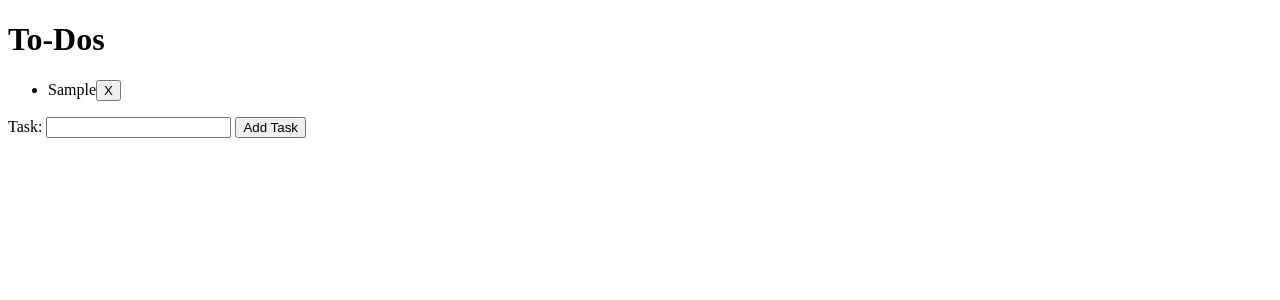
Repository: ThisOldKid/To-Do_Exercise
Page: index.html
An editor plug-in stored every save of this project. The page is shown before and after the next save, followed by the edit.
The browser window is 1280 px wide. The pictures show the whole page.
Empty fields were first filled with sample values (such as "Sample", 5 or name@example.com).
After loading, the first visible `#newTaskTodo` was submitted once.

Above is the page before, as saved 2024-01-29 16:41:29.

After the next save:
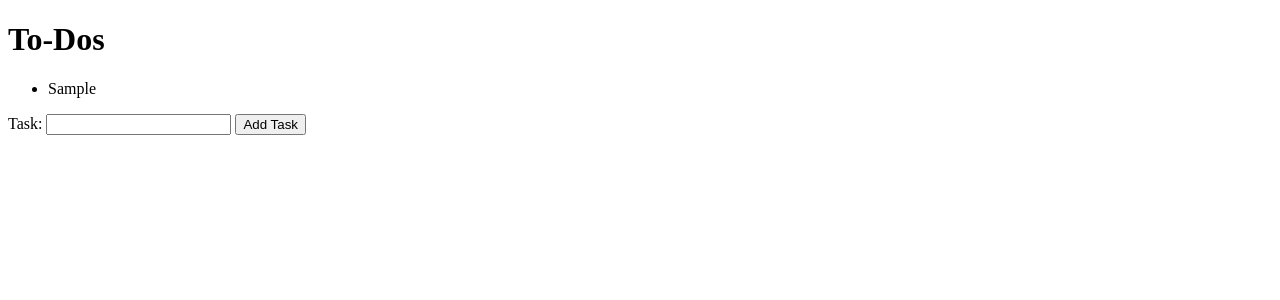
Saved 4 min 26 s later.
--- a/local.js
+++ b/local.js
@@ -9,10 +9,8 @@
   if (newTask.isCompleted) {
     newTask.style.textDecoration = "line-through";
   }
-  todoList.appendChild(newTask);
+  todoList.append(newTask);
 }
-let removeButton = document.createElement("button");
-removeButton.innerText = "X";
 
 todoForm.addEventListener("submit", function(event) {
   event.preventDefault();
@@ -22,7 +20,6 @@
   newTask.isCompleted = false;
   todoForm.reset();
   todoList.append(newTask);
-  newTask.append(removeButton);
 
   savedTodos.push({ task: newTask.innerText, isCompleted: false });
   localStorage.setItem("todos", JSON.stringify(savedTodos));

After the 3 saves that followed:
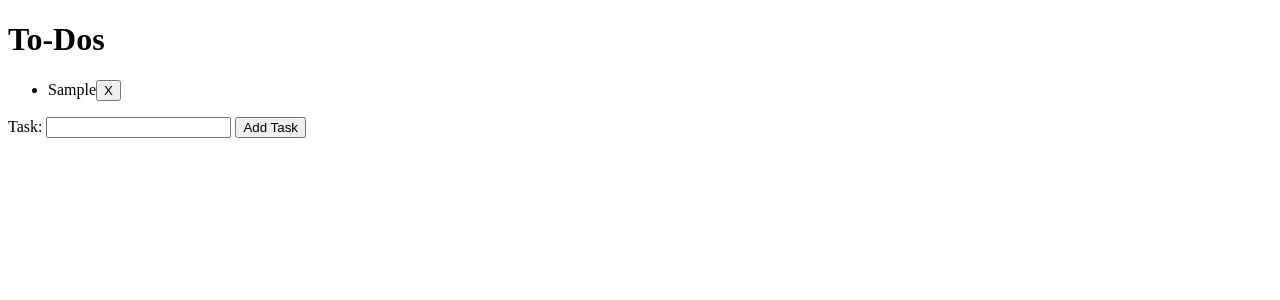
The 3 saves are shown as one change because 2 left the picture as it was.
The last was saved 7 min 16 s later.
--- a/local.js
+++ b/local.js
@@ -19,7 +19,10 @@
   newTask.innerText = taskValue;
   newTask.isCompleted = false;
   todoForm.reset();
+  let removeButton = document.createElement("button");
+  removeButton.innerText = "X";
   todoList.append(newTask);
+  newTask.append(removeButton);
 
   savedTodos.push({ task: newTask.innerText, isCompleted: false });
   localStorage.setItem("todos", JSON.stringify(savedTodos));
